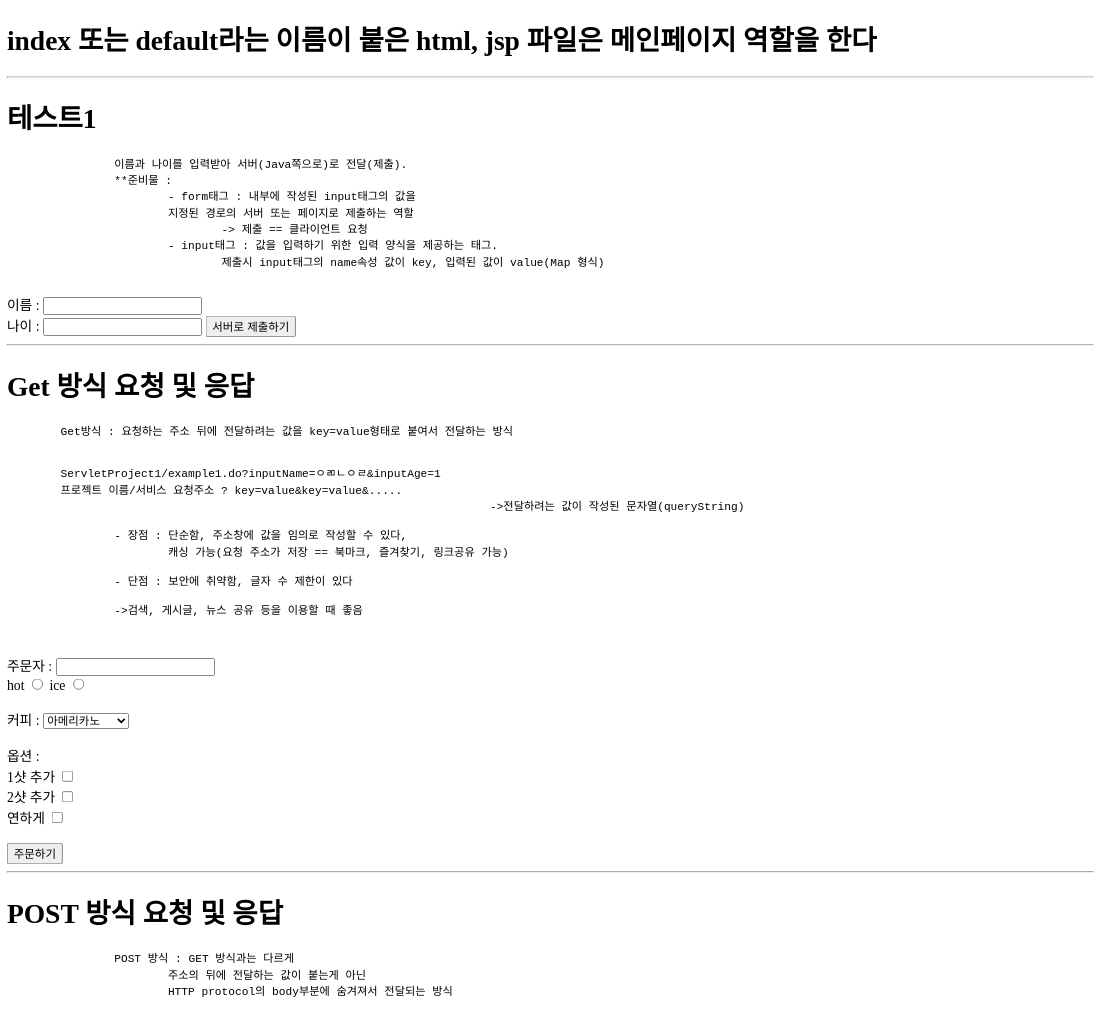
Repository: dawonLeeee/learnServer
Page: ServletProject1/src/main/webapp/index.html
An editor plug-in stored every save of this project. The page is shown before and after the next save, followed by the edit.
The browser window is 1280 px wide. The pictures show the whole page, at 86% of full size.

Above is the page before, as saved 2022-10-11 07:05:48.

### ServletProject1/src/main/webapp/index.html
<!DOCTYPE html>
<html lang="en">
<head>
	<meta charset="UTF-8">
	<meta http-equiv="X-UA-Compatible" content="IE=edge">
	<meta name="viewport" content="width=device-width, initial-scale=1.0">
	<title>Servlet Project 1</title>
</head>
<body>
	<h1>index 또는 default라는 이름이 붙은
		html, jsp 파일은 메인페이지 역할을 한다</h1>

	<hr>
	<h1>테스트1</h1>
	<pre>
		이름과 나이를 입력받아 서버(Java쪽으로)로 전달(제출).
		**준비물 :
			- form태그 : 내부에 작성된 input태그의 값을
			지정된 경로의 서버 또는 페이지로 제출하는 역할
				-> 제출 == 클라이언트 요청
			- input태그 : 값을 입력하기 위한 입력 양식을 제공하는 태그.
				제출시 input태그의 name속성 값이 key, 입력된 값이 value(Map 형식)
	</pre>

	<!-- action속성
		: 제출할 서버 또는 페이지 경로(주소) 작성하는 속성
	-->
	<!-- http://192.168.10.78:8080 (-> 프로토콜, IP, Port(서버 컴퓨터의 배포된 웹앱 위치))

			+

		/ServletProject1/ + 요청할 서비스 주소(->클라이언트 서비스 요청(절대 경로)) -->
	<form action="/ServletProject1/example1.do">
      <!-- 제출 시 ServletProject1 프로젝트에 있는
         example1.do라는 서비스를 요청한다.
         단, 요청 시 내부에 작성된 input 태그의 값도 같이 전달한다. -->

      이름 : <input type="text" name="inputName"><br>
      나이 : <input type="number" name="inputAge">
      <button type="submit">서버로 제출하기</button>
   </form>

   <hr>
   <h1>Get 방식 요청 및 응답</h1>
   <pre>
	Get방식 : 요청하는 주소 뒤에 전달하려는 값을 key=value형태로 붙여서 전달하는 방식


	ServletProject1/example1.do?inputName=ㅇㄻㄴㅇㄹ&inputAge=1
	프로젝트 이름/서비스 요청주소 ? key=value&key=value&.....
									->전달하려는 값이 작성된 문자열(queryString)

		- 장점 : 단순함, 주소창에 값을 임의로 작성할 수 있다,
			캐싱 가능(요청 주소가 저장 == 북마크, 즐겨찾기, 링크공유 가능)

		- 단점 : 보안에 취약함, 글자 수 제한이 있다

		->검색, 게시글, 뉴스 공유 등을 이용할 때 좋음

   </pre>

   <!-- method속성 : 데이터 전당방식 지정 속성 -->
   <form action="/ServletProject1/example2.do" method="get">

	주문자 : <input type="text" name="orderer"> <br>

	hot <input type="radio" name="type" value="hot">
	ice <input type="radio" name="type" value="ice">

	<br>
	<br>

	커피 :
	<select name="coffee">
		<option>아메리카노</option>
		<option>카페라떼</option>
		<option>초코칩 프라페</option>
		<option>민초 프라페</option>
	</select>

	<br>
	<br>

	옵션 : <br>
	1샷 추가 <input type="checkbox" name="opt" value="shot1">
	<br>
	2샷 추가 <input type="checkbox" name="opt" value="shot2">
	<br>
	연하게 <input type="checkbox" name="opt" value="softly">

	<br>
	<br>
	<!-- type="submit" 기본값 -->
	<button>주문하기</button>
</form>


	<hr>
	<h1>POST 방식 요청 및 응답</h1>

	<pre>
		POST 방식 : GET 방식과는 다르게
			주소의 뒤에 전달하는 값이 붙는게 아닌
			HTTP protocol의 body부분에 숨겨져서 전달되는 방식
	</pre>


</body>
</html>

After the next save:
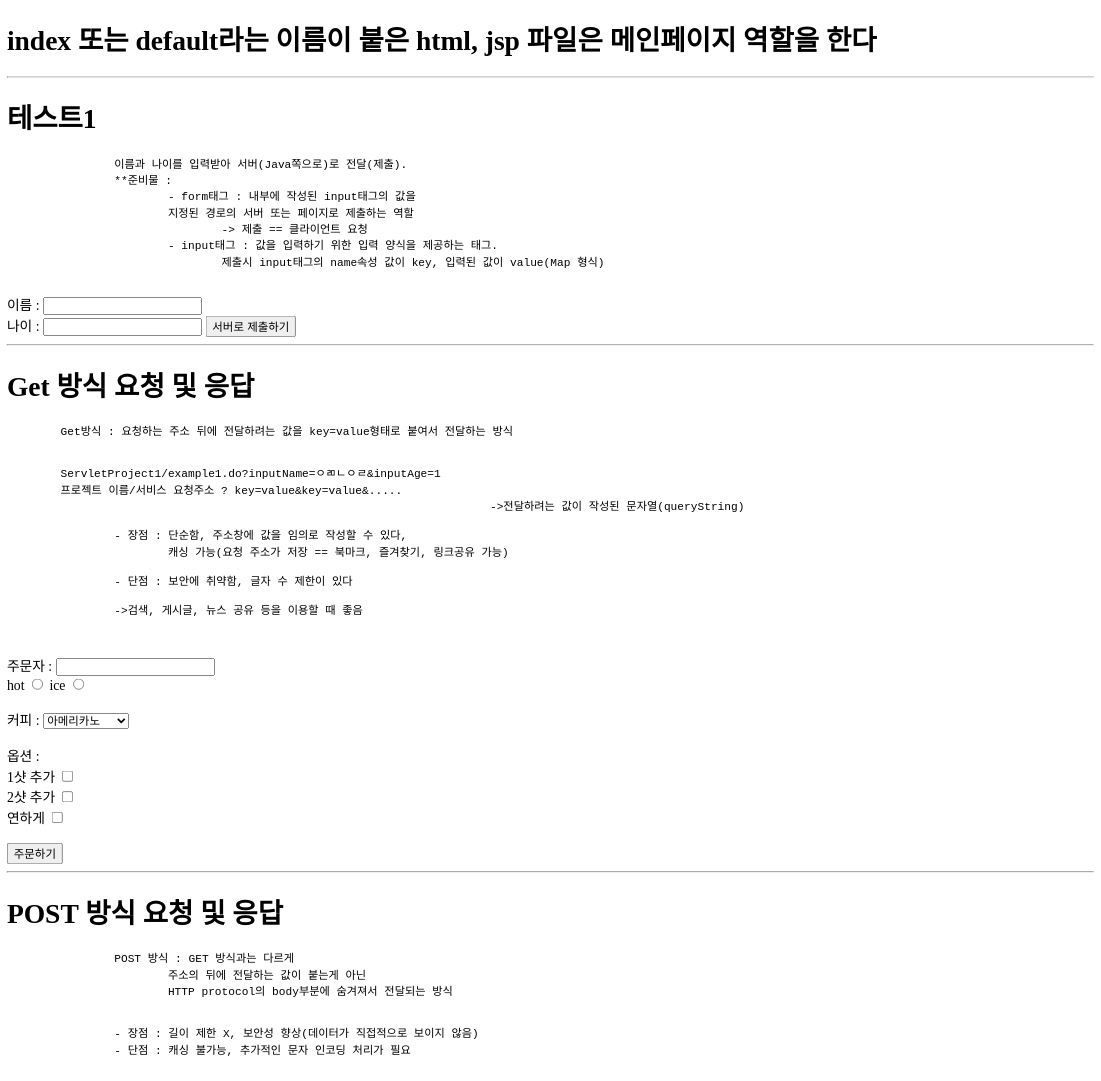
Saved 3 min 16 s later.
--- a/ServletProject1/src/main/webapp/index.html
+++ b/ServletProject1/src/main/webapp/index.html
@@ -102,6 +102,10 @@
 		POST 방식 : GET 방식과는 다르게
 			주소의 뒤에 전달하는 값이 붙는게 아닌
 			HTTP protocol의 body부분에 숨겨져서 전달되는 방식
+
+
+		- 장점 : 길이 제한 X, 보안성 향상(데이터가 직접적으로 보이지 않음)
+		- 단점 : 캐싱 불가능, 추가적인 문자 인코딩 처리가 필요
 	</pre>
 
 
